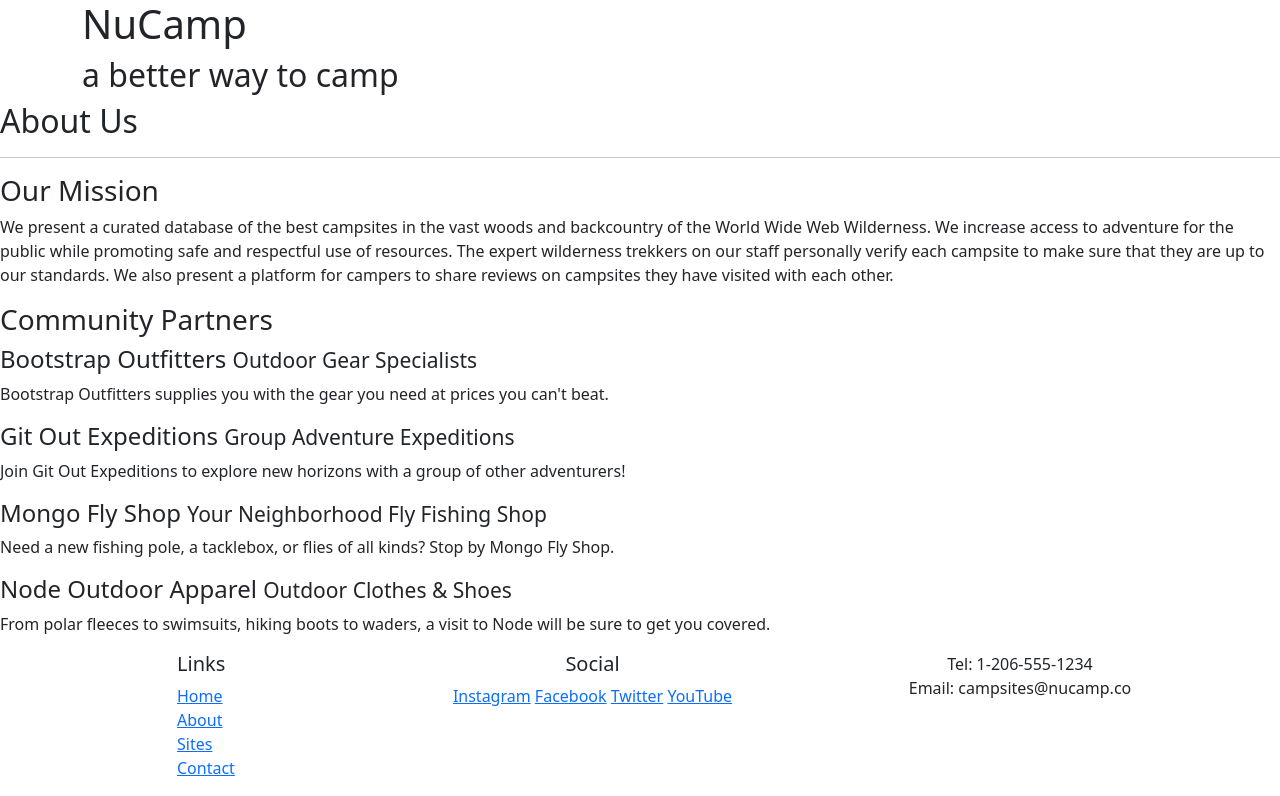
Repository: madisonisfan/nucamp_bootstrap
Page: aboutus.html
An editor plug-in stored every save of this project. The page is shown before and after the next save, followed by the edit.
The browser window is 1280 px wide. The pictures show the whole page.

Above is the page before, as saved 2021-02-20 11:43:20.

### aboutus.html
<!DOCTYPE html>
<html lang="en">
  <head>
    <meta charset="UTF-8" />
    <meta name="viewport" content="width=device-width, initial-scale=1.0" />
    <!-- CSS only -->
    <link
      href="https://cdn.jsdelivr.net/npm/bootstrap@5.0.0-beta2/dist/css/bootstrap.min.css"
      rel="stylesheet"
      integrity="sha384-BmbxuPwQa2lc/FVzBcNJ7UAyJxM6wuqIj61tLrc4wSX0szH/Ev+nYRRuWlolflfl"
      crossorigin="anonymous"
    />
    <title>Week 1</title
    </head>

  <body>
    <header class="jumbotron jumbotron-fluid">
      <div class="container">
          <div class="row">
              <div class="col">
                  <h1>NuCamp</h1>
                  <h2>a better way to camp</h2>
              </div>
          </div>
      </div>
  </header>

  <div>
      <div>
          <div>
             <h2>About Us</h2>
             <hr />
          </div>
      </div>

      <div>
          <div>
              <h3>Our Mission</h3>
              <p>We present a curated database of the best campsites in the vast woods and backcountry of the World Wide Web Wilderness. We increase access to adventure for the public while promoting safe and respectful use of resources. The expert wilderness trekkers on our staff personally verify each campsite to make sure that they are up to our standards. We also present a platform for campers to share reviews on campsites they have visited with each other.</p>
          </div>
      </div>

      <div>
          <div>
              <h3>Community Partners</h3>
              <h4>Bootstrap Outfitters <small>Outdoor Gear Specialists</small></h4>
              <p>Bootstrap Outfitters supplies you with the gear you need at prices you can't beat.</p>
              <h4>Git Out Expeditions <small>Group Adventure Expeditions</small></h4>
              <p>Join Git Out Expeditions to explore new horizons with a group of other adventurers!</p>
              <h4>Mongo Fly Shop <small>Your Neighborhood Fly Fishing Shop</small></h4>
              <p>Need a new fishing pole, a tacklebox, or flies of all kinds? Stop by Mongo Fly Shop.</p>
              <h4>Node Outdoor Apparel <small>Outdoor Clothes & Shoes</small></h4>
              <p>From polar fleeces to swimsuits, hiking boots to waders, a visit to Node will be sure to get you covered.</p>
          </div>
      </div>
  </div>

  <footer>
      <div class="container">
          <div class="row">
              <div class="col-4 col-sm-2 offset-1">
                  <h5>Links</h5>
                  <ul class="list-unstyled">
                      <li><a href="index.html">Home</a></li>
                      <li><a href="#">About</a></li>
                      <li><a href="#">Sites</a></li>
                      <li><a href="#">Contact</a></li>
                  </ul>
              </div>
              <div class="col-6 col-sm-5 text-center">
                  <h5>Social</h5>
                  <a href="http://instagram.com/">Instagram</a>
                  <a href="http://facebook.com/">Facebook</a>
                  <a href="http://twitter.com/">Twitter</a>
                  <a href="http://youtube.com/">YouTube</a>
              </div>
              <div class="col-sm-4 text-center">
                  Tel: 1-206-555-1234<br />
                  Email: campsites@nucamp.co
              </div>
         </div>
      </div>
  </footer>
  </body>
</html>

After the next save:
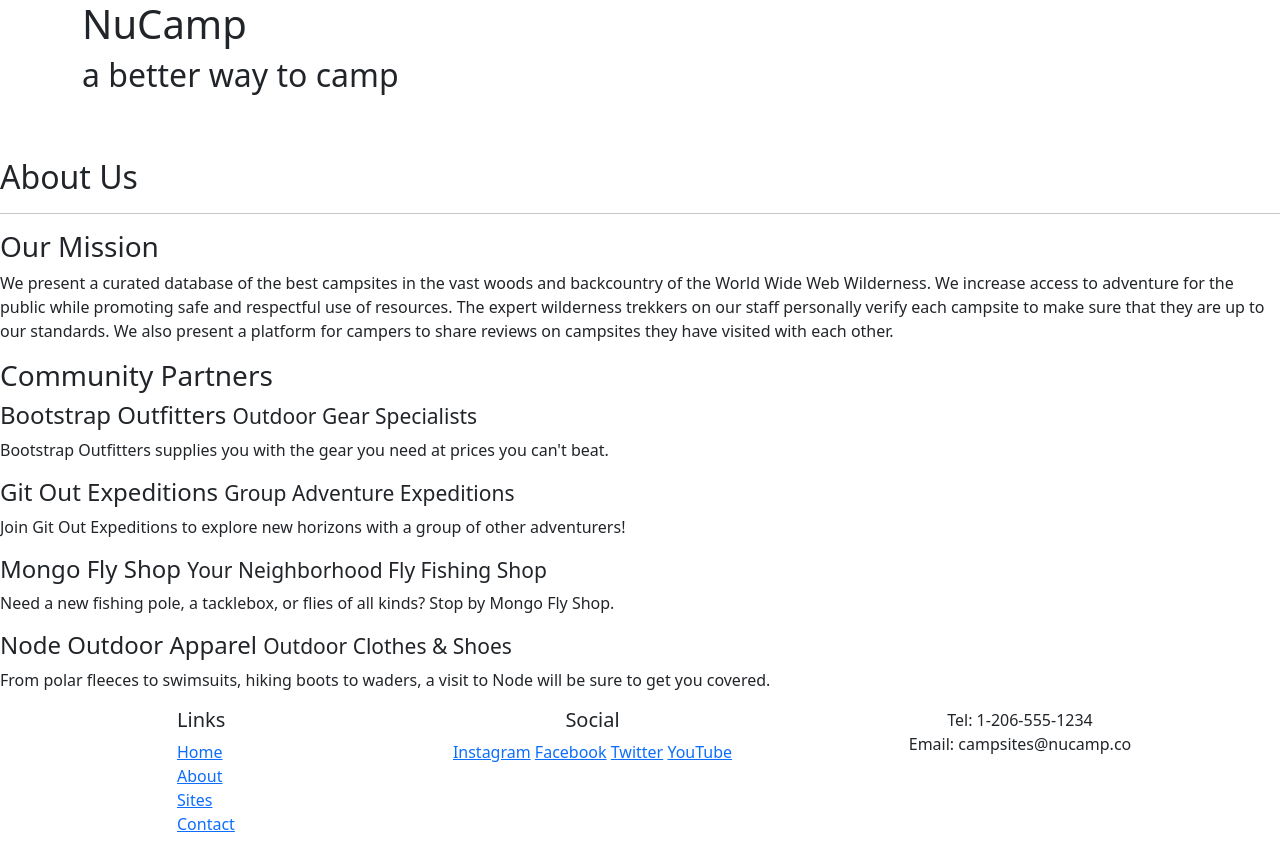
Saved 2 days later.
--- a/aboutus.html
+++ b/aboutus.html
@@ -24,6 +24,22 @@
           </div>
       </div>
   </header>
+
+  <nav class='navbar navbar-expand-sm navbar-dark sticky-top'>
+    <div class='container'>
+            <button class='navbar-toggler ml-auto' type='button' data-toggle='collapse' data-target='#nucampNavbar'>
+              <span class='navbar-toggler-icon'></span>
+            </button>
+            <div class='collapse navbar-collapse' id='nucampNavbar'>
+              <ul class='navbar-nav'>
+                  <li class="nav-item active"><a class="nav-link" href="#">Home</a></li>
+                  <li class="nav-item"><a class="nav-link"  href="aboutus.html">About</a></li>
+                  <li class="nav-item"><a class="nav-link"  href="#">Sites</a></li>
+                  <li class="nav-item"><a class="nav-link"   href="#">Contact</a></li>
+              </ul>
+            </div>
+    </div>
+  </nav>
 
   <div>
       <div>
